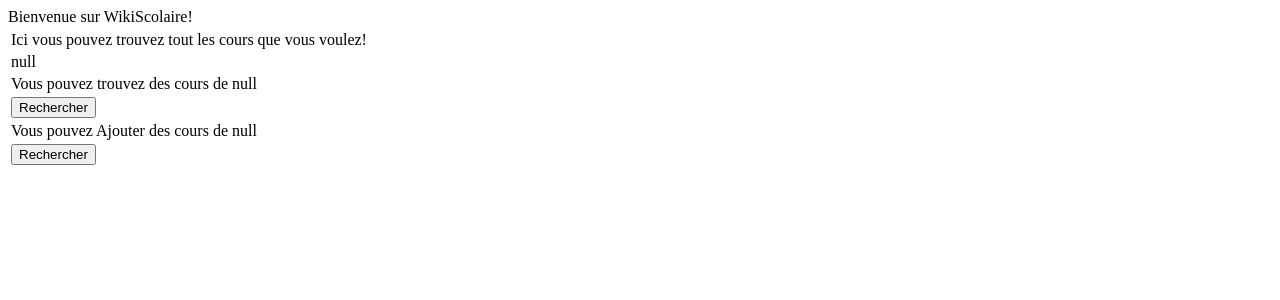
Repository: AntoAnt/WikiScolaire-
Page: http://localhost/InterfaceWikiScolair/accueil.jsp
The author's editor kept a copy of each file at every save. The page is drawn from the files as they stood at one save, then again after the next save.
The browser window is 1280 px wide. The pictures show the whole page.
The page is served by Tomcat 9. Other server files are loaded and not shown.

Above is the page before, as saved 2017-04-21 07:42:10.

### InterfaceWikiScolair/WebContent/accueil.jsp
<%@ page language="java" contentType="text/html; charset=ISO-8859-1"
    pageEncoding="ISO-8859-1"%>
<!DOCTYPE html PUBLIC "-//W3C//DTD HTML 4.01 Transitional//EN" "http://www.w3.org/TR/html4/loose.dtd">
<html>
<head>
<meta http-equiv="Content-Type" content="text/html; charset=ISO-8859-1">
<title>Accueil Utilisateur</title>
</head>
<body>
<table>
	<tr>Bienvenue sur WikiScolaire!</tr>
	<tr><td>Ici vous pouvez trouvez tout les cours que vous voulez!</td></tr>
	<tr><td><%out.println(session.getAttribute("login"));%></td></tr>
	<tr><td>Vous pouvez trouvez des cours de <%out.println(session.getAttribute("niv"));%> </td></tr>
	<tr><td><a href ="/InterfaceWikiScolair/Recherche.jsp"><input type="button" name="Recherche_cours" value="Rechercher"></a>
		<tr><td>Vous pouvez Ajouter des cours de <%out.println(session.getAttribute("niv"));%> </td></tr>
	<tr><td><a href ="/InterfaceWikiScolair/AjoutCours.jsp"><input type="button" name="Recherche_cours" value="Rechercher"></a>
</table>




</body>
</html>

After the next save:
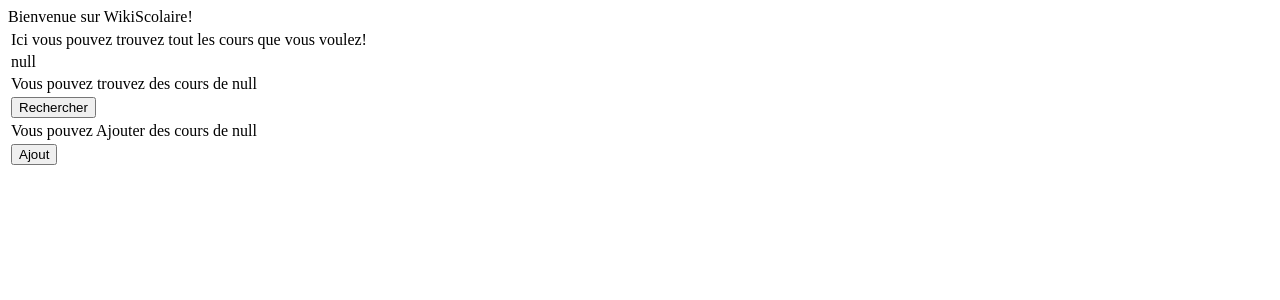
Saved 19 s later.
--- a/InterfaceWikiScolair/WebContent/accueil.jsp
+++ b/InterfaceWikiScolair/WebContent/accueil.jsp
@@ -14,7 +14,7 @@
 	<tr><td>Vous pouvez trouvez des cours de <%out.println(session.getAttribute("niv"));%> </td></tr>
 	<tr><td><a href ="/InterfaceWikiScolair/Recherche.jsp"><input type="button" name="Recherche_cours" value="Rechercher"></a>
 		<tr><td>Vous pouvez Ajouter des cours de <%out.println(session.getAttribute("niv"));%> </td></tr>
-	<tr><td><a href ="/InterfaceWikiScolair/AjoutCours.jsp"><input type="button" name="Recherche_cours" value="Rechercher"></a>
+	<tr><td><a href ="/InterfaceWikiScolair/AjoutCours.jsp"><input type="button" name="Ajout_cours" value="Ajout"></a>
 </table>
 
 
